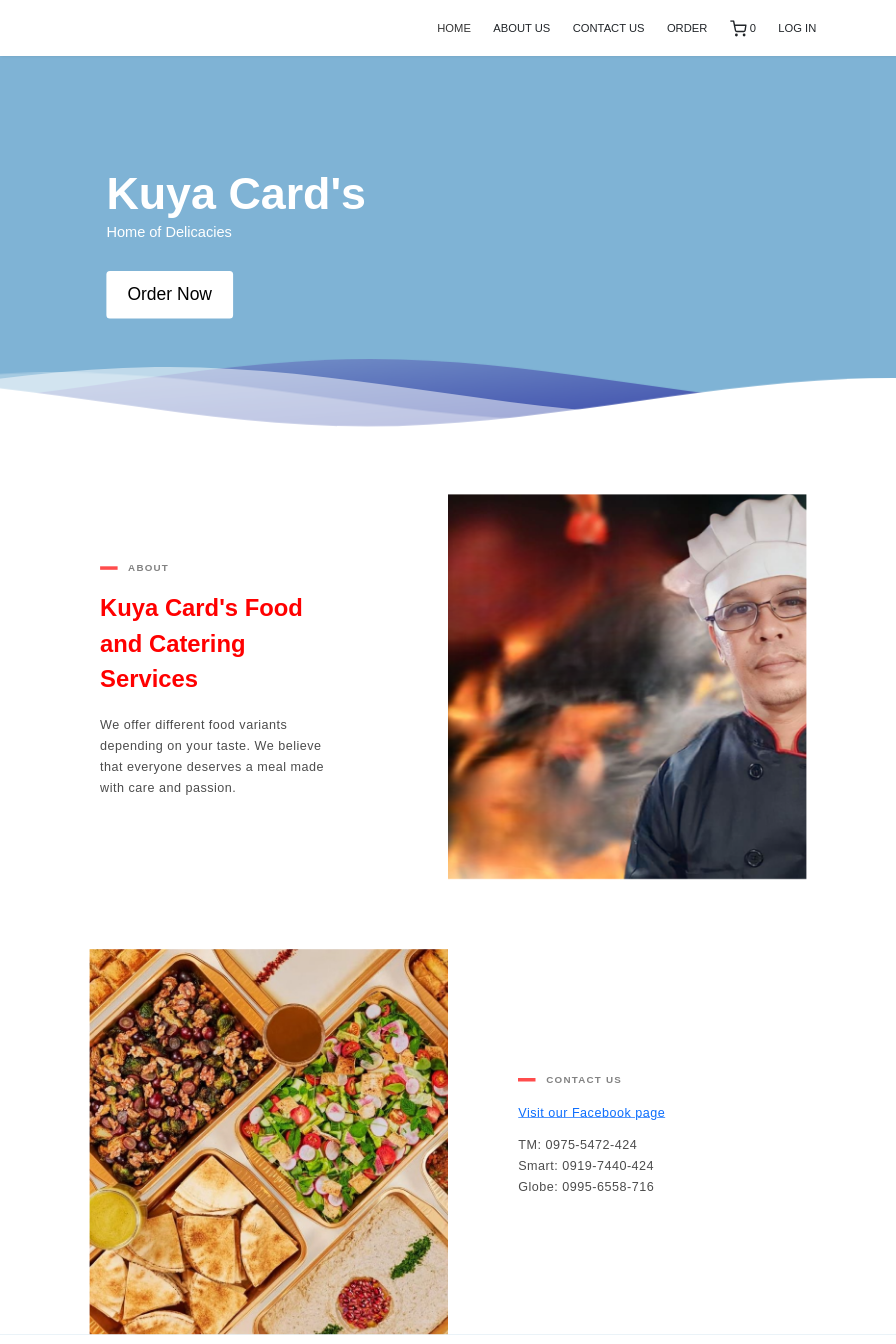
Repository: banbanny/kuyacards_catering
Page: http://localhost/login_signup.php
These files come from the project's save history. The page is drawn as it stood at one moment and after the next save; the edit follows.
The browser window is 1280 px wide. The pictures show the part of the page from y = 0 to 1920 px (the page is 2916 px tall), at 70% of full size.
The page is run by PHP 8.4 with error messages shown; the project is at /var/www/html/.

Above is the page before, as saved 2024-11-26 16:57:34.

### login_signup.php
<?php
session_start(); // Start the session
require_once('php/catering_db.php');

// Check if the user is logged in
if (isset($_SESSION['user_id'])) {
    // Redirect to homepage or dashboard if already logged in
    header("Location: index.php");
    exit();
}
?>

<!DOCTYPE html>
<html lang="en">
<head>
    <meta charset="UTF-8" />
    <meta http-equiv="X-UA-Compatible" content="IE=edge" />
    <meta name="viewport" content="width=device-width, initial-scale=1.0" />
    <link href="https://cdn.jsdelivr.net/npm/bootstrap@5.2.3/dist/css/bootstrap.min.css" rel="stylesheet" integrity="sha384-rbsA2VBKQhggwzxH7pPCaAqO46MgnOM80zW1RWuH61DGLwZJEdK2Kadq2F9CUG65" crossorigin="anonymous" />
    <link rel="stylesheet" href="style.css">
    <title>Kuya Card's Catering</title>
</head>
<body>
    <header id="header" class="menu-container">
        <div class="logo-box">
            <svg id="header-img" xmlns="http://www.w3.org/2000/svg" xmlns:xlink="http://www.w3.org/1999/xlink" viewBox="0 0 477.867 477.867" style="enable-background:new 0 0 477.867 477.867;" xml:space="preserve">
                <g><g></g></g>
            </svg>
        </div>

        <!-- Navbar -->
        <nav id="nav-bar">
            <input class="menu-btn" type="checkbox" id="menu-btn" />
            <label class="menu-icon" for="menu-btn"><span class="nav-icon"></span></label>
            <ul class="menu">
                <li><a href="#">HOME</a></li>
                <li><a href="#about" class="nav-link">ABOUT US</a></li>
                <li><a href="#features" class="nav-link">CONTACT US</a></li>
                <li><a href="#pricing" class="nav-link">ORDER</a></li>
                <li>
                    <a href="cart.php" class="nav-link">
                        <svg xmlns="http://www.w3.org/2000/svg" width="24" height="24" viewBox="0 0 24 24" fill="none" stroke="currentColor" stroke-width="2" stroke-linecap="round" stroke-linejoin="round" class="feather feather-shopping-cart">
                            <circle cx="9" cy="21" r="1"></circle>
                            <circle cx="20" cy="21" r="1"></circle>
                            <path d="M1 1h4l2.68 13.39a2 2 0 0 0 2 1.61h9.72a2 2 0 0 0 2-1.61l1.18-7.39H6"></path>
                        </svg>
                        <span id="cart-count">0</span> <!-- Cart count span -->
                    </a>
                </li>
                <?php if (isset($_SESSION['user_id'])): ?>
                    <li><a href="logout.php" class="nav-link">LOG OUT</a></li>
                <?php else: ?>
                    <li><a href="index.php" class="nav-link">LOG IN</a></li>
                <?php endif; ?>
            </ul>
        </nav>
    </header>
    <!-- Header ends -->

    <main class="container">
        <section class="hero container">
            <h1 class="hero-title-primary">Kuya Card's </h1>
            <p class="hero-title-sub">Home of Delicacies</p>
            <button onclick="window.location.href='login_signup.php';">Order Now</button>
        </section>
    </main>

    <div>
        <svg class="waves" xmlns="http://www.w3.org/2000/svg" xmlns:xlink="http://www.w3.org/1999/xlink" viewBox="0 24 150 28" preserveAspectRatio="none" shape-rendering="auto">
            <defs>
                <linearGradient id="wave-gradient" x1="0%" y1="0%" x2="100%" y2="100%">
                    <stop offset="0%" style="stop-color: lightblue; stop-opacity: 1" />
                    <stop offset="100%" style="stop-color: darkblue; stop-opacity: 1" />
                </linearGradient>
                <path id="gentle-wave" d="M-160 44c30 0 58-18 88-18s 58 18 88 18 58-18 88-18 58 18 88 18 v44h-352z" />
            </defs>
            <g class="parallax">
                <use xlink:href="#gentle-wave" x="48" y="0" fill="url(#wave-gradient)" />
                <use xlink:href="#gentle-wave" x="48" y="3" fill="rgba(255,255,255,0.5)" />
                <use xlink:href="#gentle-wave" x="48" y="5" fill="rgba(255,255,255,0.3)" />
                <use xlink:href="#gentle-wave" x="48" y="7" fill="#fff" />
            </g>
        </svg>
    </div>

    <section class="content">
        <div id="about" class="inner-content">
            <div class="inner-content-text content__TextLeft">
                <div class="inter-content-subtitle">About</div>
                <div class="inner-content-title">Kuya Card's Food and Catering Services</div>
                <div class="inner-content-para">
                    <p>We offer different food variants depending on your taste. We believe that everyone deserves a meal made with care and passion.</p>
                </div>
            </div>
            <div class="inner-image-container container__ImageRight">
                <img class="section-images" src="pics/1.png" style="object-position: 50% 50%;">
            </div>
        </div>

        <div id="features" class="inner-content">
            <div class="inner-content-text content__TextRight">
                <div class="inter-content-subtitle">Contact Us</div>
                <div class="inner-content-para">
                    <p>
                        <a href="https://www.facebook.com/kuyacardsdavao" target="_blank">Visit our Facebook page</a>
                    </p>
                    <p>
                        TM: 0975-5472-424<br>
                        Smart: 0919-7440-424<br>
                        Globe: 0995-6558-716
                    </p>
                </div>
            </div>
            <div class="inner-image-container container__ImageLeft">
                <img class="section-images" src="pics/slide3.jpg" style="object-position: 50% 50%;">
            </div>
        </div>
    </section>

    <section id="pricing" class="pricing-container">
        <h2>ORDER HERE</h2>
        <div class="flex-container">
            <!-- Package A -->
            <div class="flex-item">
                <ul class="package">
                    <li class="header">PACKAGE A</li>
                    <li class="gray">&#8369;5,500<br><span class="month">Good For 10 Persons</span></li>
                    <li>Pancit Guisado</li>
                    <li>Chicken Afritada</li>
                    <li>Chicken Cordon Bleu</li>
                    <li>Buttered Chicken</li>
                    <li>Pork Menudo</li>
                    <li><button onclick="addToCart('PACKAGE A', 5500)">Add to Cart</button></li>
                </ul>
            </div>
            <!-- Package B -->
            <div class="flex-item">
                <ul class="package">
                    <li class="header">PACKAGE B</li>
                    <li class="gray">&#8369;6,400<br><span class="month">Good For 15 Persons</span></li>
                    <li>Bihon Guisado</li>
                    <li>Buttered Chicken</li>
                    <li>Chicken Cordon Bleu</li>
                    <li>Chopsuey</li>
                    <li>Salted Shrimp</li>
                    <li><button onclick="addToCart('PACKAGE B', 6400)">Add to Cart</button></li>
                </ul>
            </div>
            <!-- Package C -->
            <div class="flex-item">
                <ul class="package">
                    <li class="header">PACKAGE C</li>
                    <li class="gray">&#8369;8,050<br><span class="month">Good For 20 Persons</span></li>
                    <li>Salted Shrimp</li>
                    <li>Chopsuey</li>
                    <li>Kinilaw/Sinuglaw</li>
                    <li>Bam-i Guisado</li>
                    <li>Camaron Rebosado</li>
                    <li><button onclick="addToCart('PACKAGE C', 8050)">Add to Cart</button></li>
                </ul>
            </div>
        </div>
    </section>

    <footer id="footer">
        <p>&copy; 2023 Kuya Card's Catering. All Rights Reserved.</p>
    </footer>

    <script>
        function addToCart(packageName, price) {
            alert(`${packageName} added to cart for PHP ${price}`);
            const cartCountElement = document.getElementById('cart-count');
            let count = parseInt(cartCountElement.innerText) || 0;
            cartCountElement.innerText = count + 1;
        }
    </script>
</body>
</html>

### php/catering_db.php
<?php

$db_user = "root";
$db_pass = "";
$db_name = "catering_db";

try {
    // Fix the concatenation in the DSN
    $db = new PDO('mysql:host=localhost;dbname=' . $db_name . ';charset=utf8', $db_user, $db_pass);
    $db->setAttribute(PDO::ATTR_ERRMODE, PDO::ERRMODE_EXCEPTION);
} catch (PDOException $e) {
    die('Database connection failed: ' . $e->getMessage());
}

### style.css
* {
  padding: 0;
  margin: 0;
  box-sizing: border-box;
}

body {
  font-family: "Poppins", sans-serif;
  background: #7fb3d5;
}

.container {
  max-width: 100vw;
  margin: 0 auto;
}

#header {
  background: white;
  box-shadow: 1px 1px 4px 0 rgba(0, 0, 0, 0.1);
  position: fixed;
  top: 0;
  left: 0;
  right: 0;
  z-index: 3;
}

#header-img {
  margin-left: 20px;
  float: left;
  height: 80px;
}

nav ul {
  overflow: hidden;
  clear: both;
  margin: 0;
  padding: 0;
  max-height: 0;
  transition: max-height 0.2s ease-out;
}

nav ul li {
  list-style: none;
}

nav ul li a {
  display: block;
  font-size: 1.15;
  text-decoration: none;
  color: black;
  padding: 10px;
}

/* menu icon */

.menu {
  margin-left: 15px;
}

#header .menu-icon {
  cursor: pointer;
  padding: 28px 20px;
  user-select: none;
  float: right;
}

#header .menu-icon .nav-icon {
  background: #333;
  display: block;
  height: 3px;
  position: relative;
  top: 10px;
  transition: background 0.2s ease-out;
  width: 30px;
}

#header .menu-icon .nav-icon:before,
#header .menu-icon .nav-icon:after {
  background: #333;
  content: "";
  display: block;
  height: 100%;
  position: absolute;
  transition: all 0.2s ease-out;
  width: 100%;
}

#header .menu-icon .nav-icon:before {
  top: 6px;
}

#header .menu-icon .nav-icon:after {
  top: -6px;
}

/* menu btn */

#header .menu-btn {
  display: none;
}

#header .menu-btn:checked ~ .menu {
  max-height: 240px;
}

#header .menu-btn:checked ~ .menu-icon .nav-icon {
  background: transparent;
}

#header .menu-btn:checked ~ .menu-icon .nav-icon:before {
  transform: rotate(-45deg);
  top: 0;
}

#header .menu-btn:checked ~ .menu-icon .nav-icon:after {
  transform: rotate(45deg);
  top: 0;
}

main {
  display: flex;
  flex-flow: column-reverse;
  color: white;
  width: 100%;
  margin: 0;
  padding-top: 100px;
}

.hero {
  text-align: center;
  margin-top: 50px;
}

.hero-title-primary {
  font-family: "Poppins", sans-serif;
  font-weight: 700;
  font-size: 10vmin;
  line-height: 58px;
}

.hero-title-sub {
  margin: 0.2em 0 1em 0;
  font-family: "Poppins", sans-serif;
  font-weight: 300;
  font-size: 4.6vmin;
}

button {
  margin-top: 20px;
  margin-bottom: 50px;
  font-family: "Poppins", sans-serif;
  background-color: #fff;
  color: black;
  border: none;
  border-radius: 5px;
  padding: 15px 30px;
  text-align: center;
  text-decoration: none;
  font-size: 25px;
}

button:hover {
  background-color: black;
  color: white;
}

figure {
  text-align: center;
}

figure svg {
  margin: 3em auto 0;
  width: 80vw;
}

.waves {
  position: relative;
  width: 100%;
  height: 15vh;
  margin-bottom: -7px; /*Fix for safari gap*/
  min-height: 100px;
  max-height: 150px;
}

.video-content {
  padding-top: 80px;
  display: flex;
  align-content: center;
  flex-direction: column;
  text-align: center;
  flex-wrap: wrap;
  color: red;
  background-color: white;
}

.video-title {
  font-size: 35px;
}

.video-subtitle {
  margin-top: -10px;
  color: #912375;
  margin-bottom: 20px;
}

iframe {
  height: 50vw;
  width: 91vw;
}

.three-dots {
  text-align: center;
}

.three-dots span {
  width: 15px;
  height: 15px;
  border-radius: 50%;
  background: red;
  display: inline-block;
  margin: 30px 5px;
}

.content {
  padding: 10px 38px 10px 38px;
  background: white;
}

.inner-content {
  padding-top: 50px;
}

.inner-content-text {
  padding-right: 0.78125rem;
  padding-left: 0.78125rem;
  padding-bottom: 40px;
}

.inter-content-subtitle {
  position: relative;
  display: inline-block;
  padding-left: 40px;
  font-family: "Poppins", sans-serif;
  font-size: 0.875rem;
  font-style: normal;
  font-weight: 700;
  line-height: 1;
  text-transform: uppercase;
  letter-spacing: 0.10938rem;
  color: #828282;
}

.inter-content-subtitle::before {
  position: absolute;
  top: 5px;
  left: 0;
  display: block;
  width: 25px;
  height: 5px;
  content: "";
  background-color: red;
  opacity: 0.7;
}

.inner-content-title {
  margin-top: 25px;
  margin-right: 60px;
  font-size: 2.125rem;
  font-weight: 700;
  color: red;
}

.inner-content-para {
  margin-top: 25px;
  margin-right: 60px;
  font-size: 1rem;
  line-height: 1.875rem;
  letter-spacing: 0.04375rem;
  font-style: normal;
  font-weight: 400;
  color: #4c4c4c;
}

.inner-image-container {
  position: relative;
  padding-right: 0.78125rem;
  padding-left: 0.78125rem;
  flex: 0 0 100%;
  max-width: 100%;
  height: auto;
}

.inner-content-image {
  position: relative;
  height: 350px;
}

.section-images {
  position: absolute;
  left: 0;
  width: 100%;
  height: 100%;
  object-fit: cover;
}

.pricing-container {
  padding: 150px 38px 10px 38px;
  background: white;
  display: flex;
  flex-direction: column;
}

.pricing-title {
  margin-bottom: 50px;
  font-size: 23px;
  color: black;
  align-self: center;
}

.pricing-title > h2 {
  font-weight: 600;
}

.flex-container {
  max-width: 80vw;
  margin: 0 auto;
  display: flex;
  padding: 1em;
}

.flex-item {
  flex: 1;
  width: 250px;
  border: 1px solid rgba(0, 0, 0, 0.05);
  border-radius: 8px;
}

.flex-item:not(:last-child) {
  margin-right: 2em;
}

.package {
  list-style-type: none;
  margin: 0;
  padding: 0;
  transition: 0.25s;
  display: flex;
  flex-direction: column;
}

.package:hover {
  box-shadow: 0 8px 12px 0 rgba(0, 0, 0, 0.2);
  transform: scale(1.025);
}

.package .header {
  color: black;
  border-bottom: 5px red solid;
  font-size: 1.6em;
  font-weight: 600;
}

.package li {
  color: rgba(55, 53, 47, 0.6);
  background-color: #fff;
  padding: 1.2em;
}

li.features:before {
  content: "✓";
  padding-right: 5px;
}

li.features {
  text-align: left;
  padding: 10px;
}

li.first-feat {
  margin-top: 30px;
}

.package .gray {
  background-color: #f7f7f7;
  color: black;
  font-weight: 600;
  font-size: 40px;
  padding: 0.8em;
  line-height: 80%;
}

.dolla {
  top: -0.2em;
  font-size: 75%;
  line-height: 0;
  position: relative;
  vertical-align: initial;
}

.month {
  font-size: 16px;
  font-weight: normal;
}

.pricing-button {
  background-color: white;
  border: 1px solid rgb(139, 201, 24);
  border-radius: 2em;
  color: rgb(169, 209, 26);
  cursor: pointer;
  padding: 0.75em 1.5em;
  font-size: 1em;
}

.subscribe-container {
  padding-top: 80px;
  padding-bottom: 80px;
  background: white;
  display: flex;
  align-items: center;
  flex-direction: column;
}

#form {
  display: flex;
  flex-direction: row;
}

#email {
  width: 250px;
  height: 40px;
  border-radius: 5px 0 0 5px;
  outline: none;
  border: 1px solid red;
  text-decoration: none;
}

#submit {
  width: 100px;
  height: 40px;
  border: none;
  background: red;
  color: white;
  font-family: "Poppins", sans-serif;
  border-radius: 0 5px 5px 0;
  font-weight: 500;
  font-size: 16px;
  text-decoration: none;
}

input[type="email"] {
  padding-left: 10px;
}

.hero-newsletter {
  margin-bottom: 20px;
}

@media only screen and (max-width: 984px) {
  .flex-container {
    flex-wrap: wrap;
  }

  .flex-item {
    flex: 0 0 100%;
    margin-bottom: 1em;
    width: 100%;
  }

  .package:hover {
    box-shadow: none;
    transform: none;
  }

  .pricing-button {
    padding: 0.75em 1.5em;
  }
}

/* Animation */

.parallax > use {
  animation: move-forever 25s cubic-bezier(0.55, 0.5, 0.45, 0.5) infinite;
}
.parallax > use:nth-child(1) {
  animation-delay: -2s;
  animation-duration: 7s;
}
.parallax > use:nth-child(2) {
  animation-delay: -3s;
  animation-duration: 10s;
}
.parallax > use:nth-child(3) {
  animation-delay: -4s;
  animation-duration: 13s;
}
.parallax > use:nth-child(4) {
  animation-delay: -5s;
  animation-duration: 20s;
}
@keyframes move-forever {
  0% {
    transform: translate3d(-90px, 0, 0);
  }
  100% {
    transform: translate3d(85px, 0, 0);
  }
}

@media screen and (min-width: 820px) {
  .container {
    max-width: 80vw;
  }

  .menu-container {
    max-width: 100vw;
  }

  header {
    display: flex;
    justify-content: space-around;
    flex-direction: row;
    flex-flow: wrap;
  }

  #header {
    background: white;
  }

  #header-img {
    margin-left: -100px;
  }

  .menu {
    margin-top: 20px;
  }

  nav {
    margin-right: -100px;
  }

  nav ul {
    margin: 0;
    padding: 0;
    display: flex;
    flex-direction: row;
  }

  nav ul li {
    float: left;
    list-style: none;
    padding: 0.5em 1em;
  }
  nav ul li a {
    font-size: 1em;
    text-decoration: none;
    color: #333;
    padding: 0;
  }

  #header .menu {
    clear: none;
    float: right;
    max-height: none;
  }
  #header .menu-icon {
    display: none;
  }

  .highlight {
    border: 1px solid #333;
    border-radius: 20px;
  }

  .highlight:hover,
  .special:hover {
    background: black;
    color: white;
    border-bottom: none;
  }

  main {
    flex-flow: row;
  }

  .hero {
    margin-top: 150px;
    text-align: left;
  }

  .hero h1 {
    font-size: 4em;
    line-height: 55px;
  }

  .hero p {
    font-size: 1.3em;
    margin: 0.5em 0 1em 0;
    padding: 0;
  }

  figure svg {
    width: 500px;
    margin: 0;
  }

  iframe {
    height: 30vw;
    width: 55vw;
  }

  .content {
    padding: 0 68px 0 68px;
    background: white;
  }

  .container__ImageRight {
    order: 2;
    margin-left: 8.33333%;
  }

  .content__ImageRight {
    left: 0;
  }

  .container__ImageLeft {
    order: 1;
  }

  .content__ImageLeft {
    right: 0;
  }

  .content__TextLeft {
    order: 1;
  }

  .content__TextRight {
    margin-left: 8.33333%;
    order: 2;
  }

  .inner-content {
    max-width: 80vw;
    padding-top: 100px;
    margin-right: auto;
    margin-left: auto;
    display: flex;
    flex-flow: row wrap;
  }

  .inner-content-text {
    padding-right: 0.9375rem;
    padding-left: 0.9375rem;
    flex: 0 0 41.66667%;
    max-width: 41.66667%;
    display: flex;
    min-height: 550px;
    padding-top: 60px;
    padding-bottom: 60px;
    flex-direction: column;
    justify-content: center;
  }

  .inner-content-title {
    margin-top: 25px;
    margin-right: 60px;
    font-size: 2.125rem;
    font-weight: 700;
    color: red;
  }

  .inner-content-para {
    margin-top: 25px;
    margin-right: 60px;
    font-size: 1.125rem;
    line-height: 1.875rem;
    letter-spacing: 0.04375rem;
    font-style: normal;
    font-weight: 400;
    color: #4c4c4c;
  }

  .inner-image-container {
    position: relative;
    padding-right: 0.78125rem;
    padding-left: 0.78125rem;
    flex: 0 0 50%;
    max-width: 50%;
    height: auto;
  }

  .inner-content-image {
    position: absolute;
    top: 0;
    width: calc(100% - 12.5px);
    height: 100%;
  }

  .section-images {
    width: 100%;
    height: 100%;
    object-fit: cover;
  }
}

@media (max-width: 768px) {
  .waves {
    height: 40px;
    min-height: 40px;
  }
  h1 {
    font-size: 24px;
  }
}
.product-grid {
  display: flex;
  justify-content: space-between;
  flex-wrap: wrap;
}

.product-item {
  width: 30%;
  background-color: #f9f9f9;
  margin-bottom: 20px;
  padding: 15px;
  border-radius: 8px;
  box-shadow: 0 2px 8px rgba(0, 0, 0, 0.1);
  text-align: center;
}

.product-details h5 {
  font-size: 1.25rem;
  margin-bottom: 5px;
}

.product-details p {
  font-size: 1rem;
  margin-bottom: 10px;
}

.btn-order {
  background-color: red;
  color: white;
  border: none;
  padding: 10px 20px;
  border-radius: 5px;
  cursor: pointer;
  transition: background-color 0.3s;
}

.btn-order:hover {
  background-color: #e14e4f;
}

After the next save:
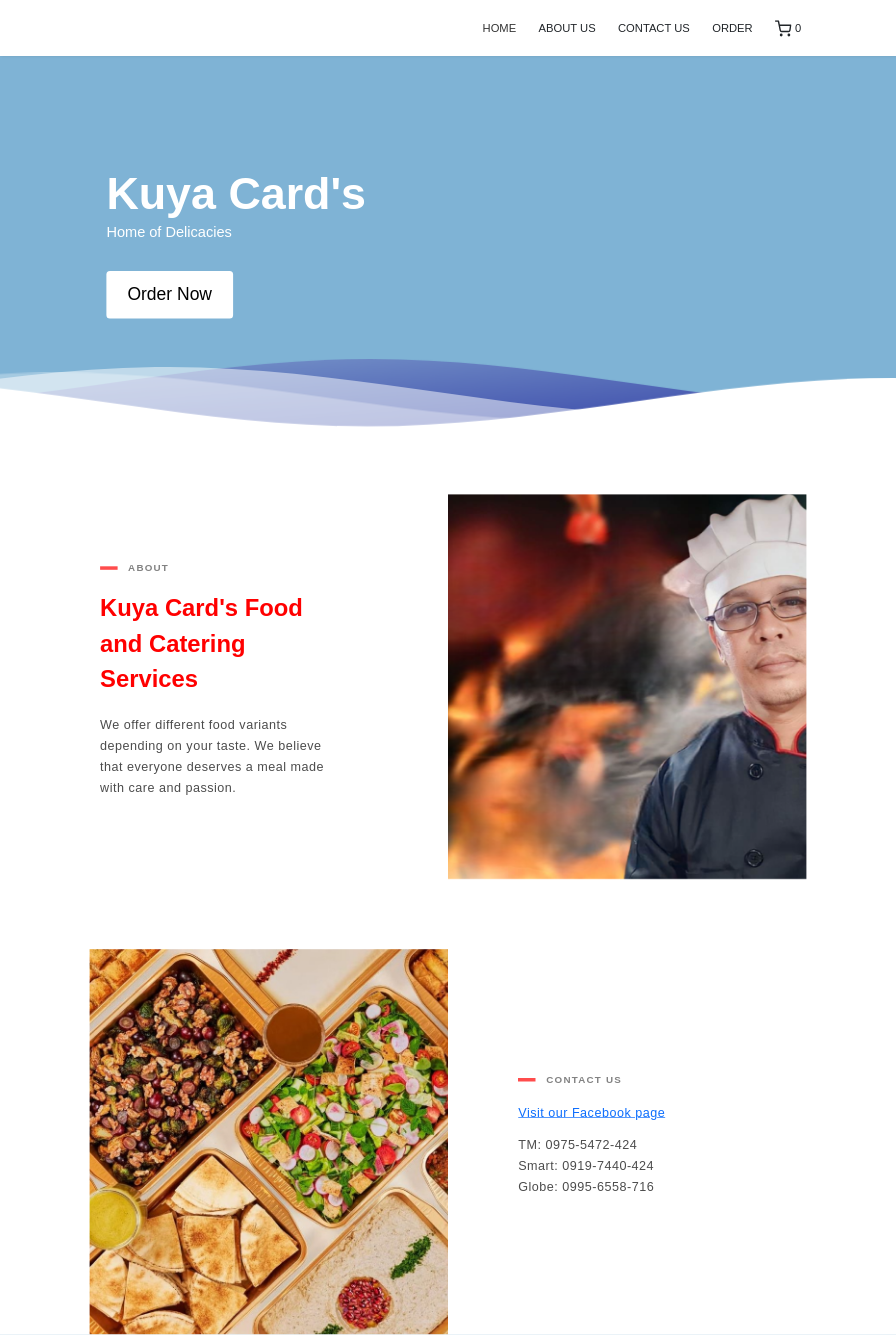
Saved 117 s later.
--- a/login_signup.php
+++ b/login_signup.php
@@ -47,11 +47,7 @@ if (isset($_SESSION['user_id'])) {
                         <span id="cart-count">0</span> <!-- Cart count span -->
                     </a>
                 </li>
-                <?php if (isset($_SESSION['user_id'])): ?>
-                    <li><a href="logout.php" class="nav-link">LOG OUT</a></li>
-                <?php else: ?>
-                    <li><a href="index.php" class="nav-link">LOG IN</a></li>
-                <?php endif; ?>
+
             </ul>
         </nav>
     </header>
